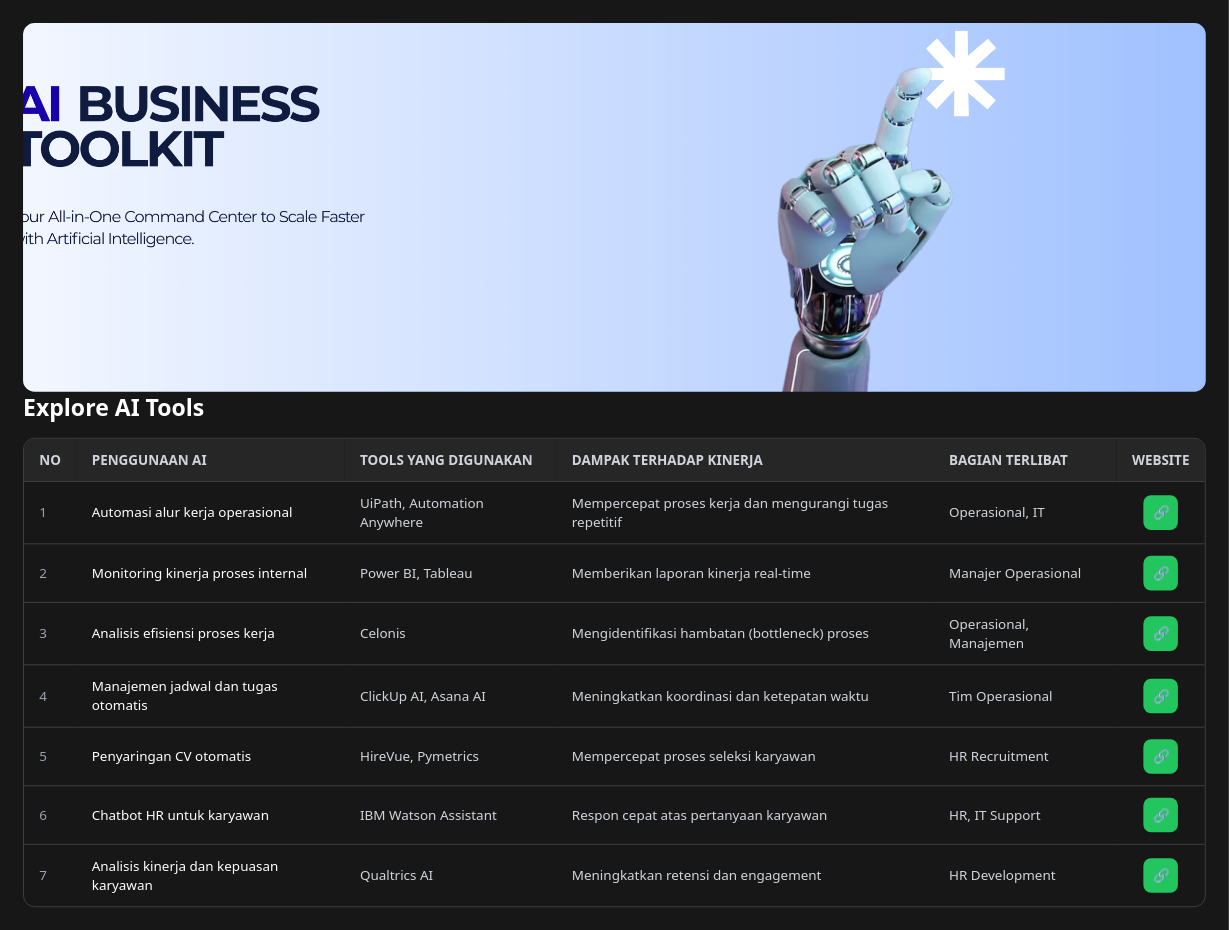
Repository: MUHAMADTEGARWIJAYA/AI-BUSINESS-TOOLKIT
Page: /ai/operasional
These files come from the project's save history. The page is drawn as it stood at one moment and after the next save; the edit follows.
The browser window is 1280 px wide. The pictures show the whole page, at 96% of full size.
The project was rebuilt for these pictures with package versions that can differ from the ones it lists, and the page was loaded fresh each time. Also part of the build but not shown: vite.config.js, src/views/NamaFloating.vue, src/views/HomeView.vue.

Above is the page before, as saved 2026-01-07 15:33:35.

After the next save:
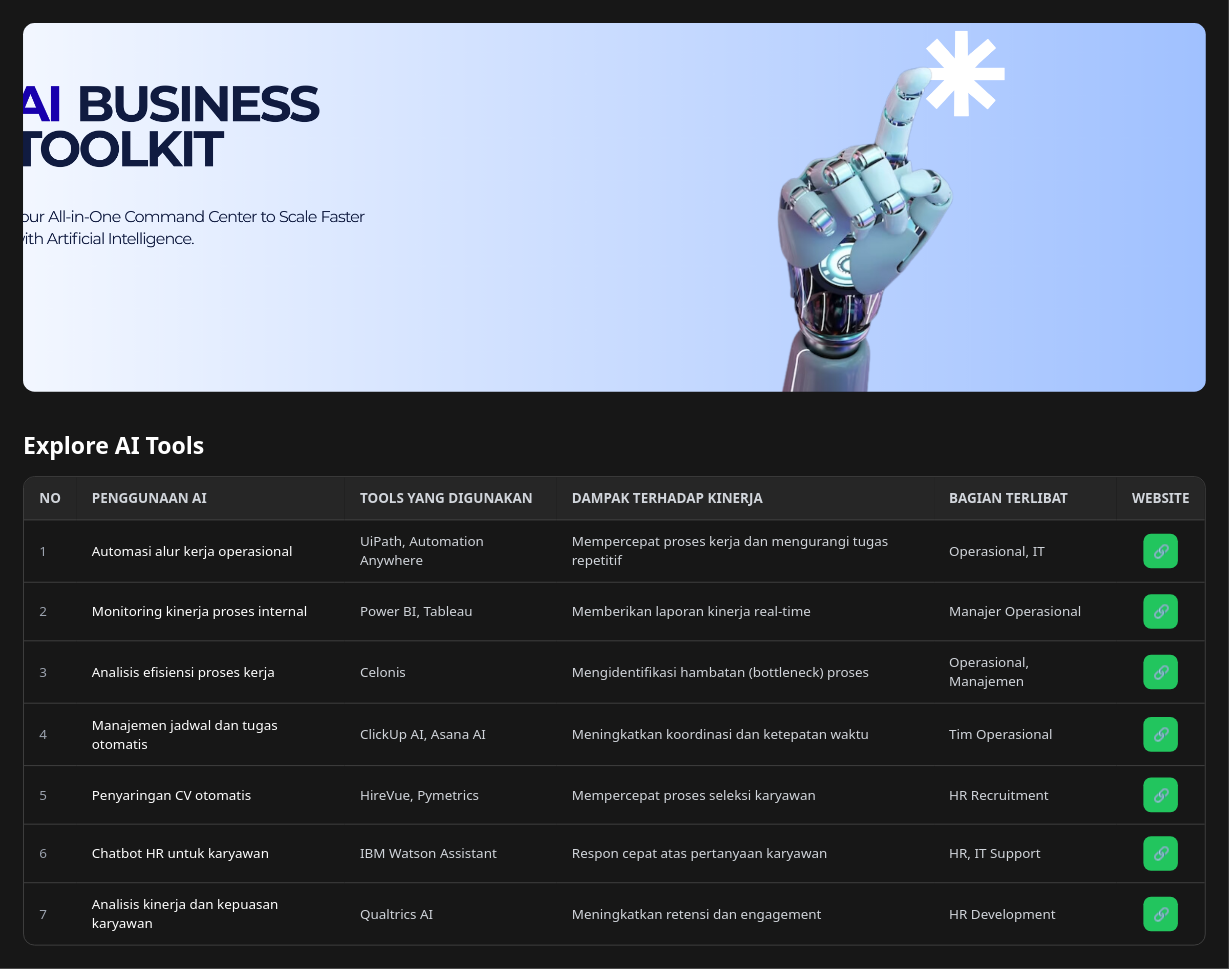
Saved 11 s later.
--- a/src/views/AiOperansional.vue
+++ b/src/views/AiOperansional.vue
@@ -4,7 +4,7 @@
 
 <template>
   <div class="min-h-screen bg-neutral-900 p-6">
-    <div class="w-full max-w-full">
+    <div class="w-full max-w-full mb-10">
       <!-- Background Image -->
       <div
         class="w-full h-96 rounded-xl bg-cover bg-no-repeat bg-center"
